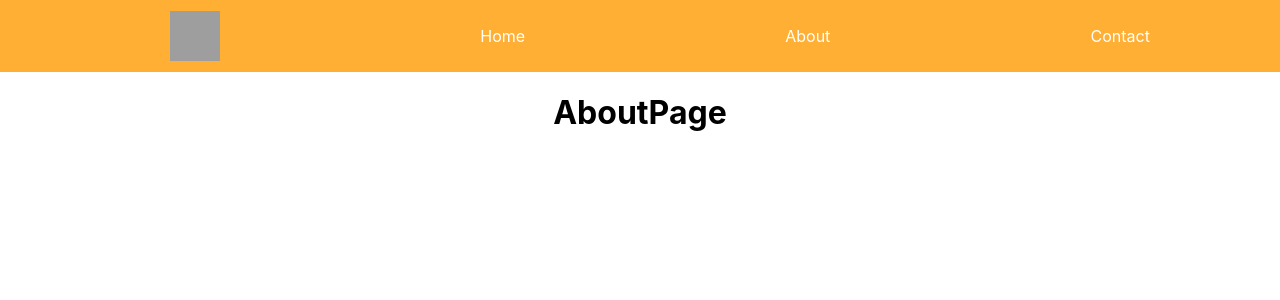
Repository: Toydrum/React-HectorCoronado
Page: /About
These files come from the project's save history. The page is drawn as it stood at one moment and after the next save; the edit follows.
The browser window is 1280 px wide. The pictures show the whole page.
Pictures or frames that could not be fetched are drawn as grey boxes. The project was rebuilt for these pictures with package versions that can differ from the ones it lists, and the page was loaded fresh each time. Also part of the build but not shown: src/components/CardUser/CardUser.jsx, src/components/CardList/CardList.css, src/components/CardList/CardList.jsx, src/pages/HomePage/HomePage.jsx, src/pages/ContactPage/ContactPage.jsx, src/pages/DetailPage/DetailPage.jsx.

Above is the page before, as saved 2023-06-17 07:49:17.

After the next save:
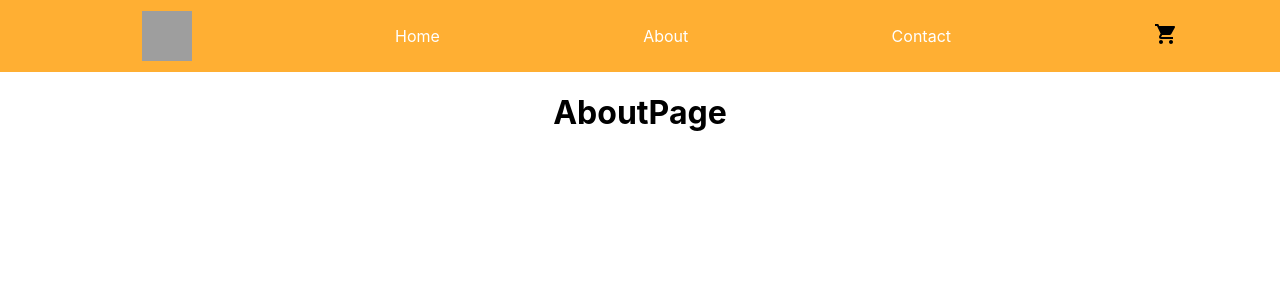
Saved 33 h 39 min later.
--- a/src/components/Navbar/Navbar.jsx
+++ b/src/components/Navbar/Navbar.jsx
@@ -1,7 +1,7 @@
 import React from "react";
 import "./Navbar.css";
 import logo from "./cat-logo.svg";
-
+import CartWidget from "../CartWidged/CartWidget";
 import { Link } from "react-router-dom";
 
 const NavBar = () => {
@@ -18,6 +18,9 @@ const NavBar = () => {
         <Link className="li" to="/contact">
           Contact
         </Link>
+        <Link>
+          <CartWidget />
+        </Link>
       </ul>
     </nav>
   );
